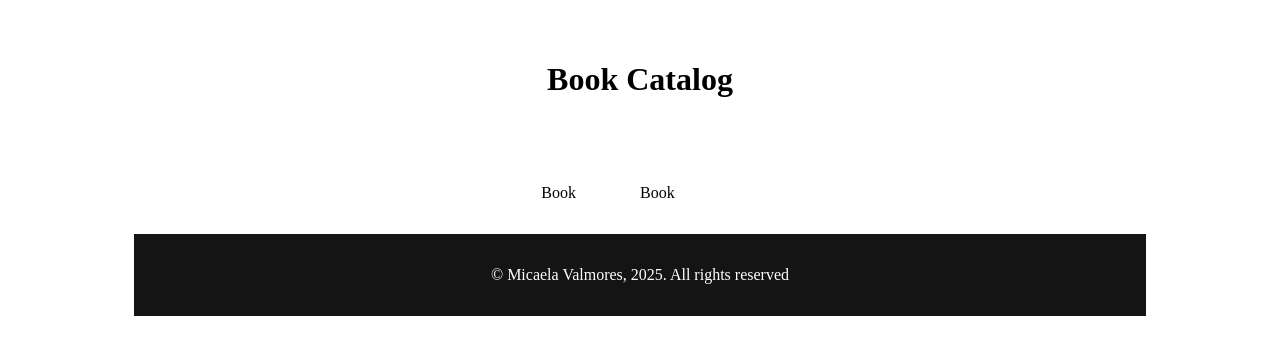
Repository: Micaelavalmores/COMP3170-Data-Fetching
Page: /
An editor plug-in stored every save of this project. The page is shown before and after a run of saves, followed by the edit.
The browser window is 1280 px wide. The pictures show the whole page.
The project was rebuilt for these pictures with package versions that can differ from the ones it lists, and the page was loaded fresh each time. Also part of the build but not shown: vite.config.js.

Above is the page before, as saved 2025-09-22 18:08:45.

### index.html
<!doctype html>
<html lang="en">
  <head>
    <meta charset="UTF-8" />
    <meta name="viewport" content="width=device-width, initial-scale=1.0" />
    <title>Book Catalog</title>
  </head>
  <body>
    <div id="root"></div>
    <script type="module" src="/src/main.jsx"></script>
  </body>
</html>

### src/index.css


.app {
  display: flex;
  flex-direction: column;
  width: 80%;
  margin: 0 auto;
  background: #fff;
  min-height: 100%;
  justify-content: space-between;

  footer {
    padding: 0;
    background: #141414;
    color: #fff;

    p {
        text-align: center;
        padding: 1em 0;
    }
  }

  .content {
    margin: 2em 0;
    display: flex;
    justify-content: center;
  }

  .mainContent {
    display: flex;
    justify-content: center;
  }

  .Book {
    margin: 2em;
  }

  .AddButton {
    margin: 2em;
  }

}

### src/App.jsx
import Footer from "./components/Footer";
import Book from "./components/Book";
import AppHeader from "./components/AppHeader";
import AddButton from "./components/AddButton";


function App () {
  return (
    <div className="app">
      <div className="content">
        <AppHeader />
      </div>
        <div className="mainContent">
          <div className="Book">
            <Book />
          </div>
          <div className="Book">
            <Book />
          </div>
          <div className="AddButton">
            <AddButton />
          </div>
        </div>
        <Footer />
    </div>
  )
}

export default App;

### src/components/Footer.jsx
function Footer() {
    return (
        <footer>
            <p>&copy; Micaela Valmores, 2025. All rights reserved</p>
        </footer>
    );
}

export default Footer;

### src/components/Book.jsx
function Book () {
    return 'Book';
}

export default Book;

### src/components/AppHeader.jsx


function AppHeader () {
    return (
        <h1>Book Catalog</h1>
    );
}

export default AppHeader;

### src/components/AddButton.jsx
function AddButton () {
    return (
        <div className="Container">
            {/* <img */}
        </div>
    );
}

export default AddButton;

Loaded but not shown: src/main.jsx (common file)

After the next 2 saves:
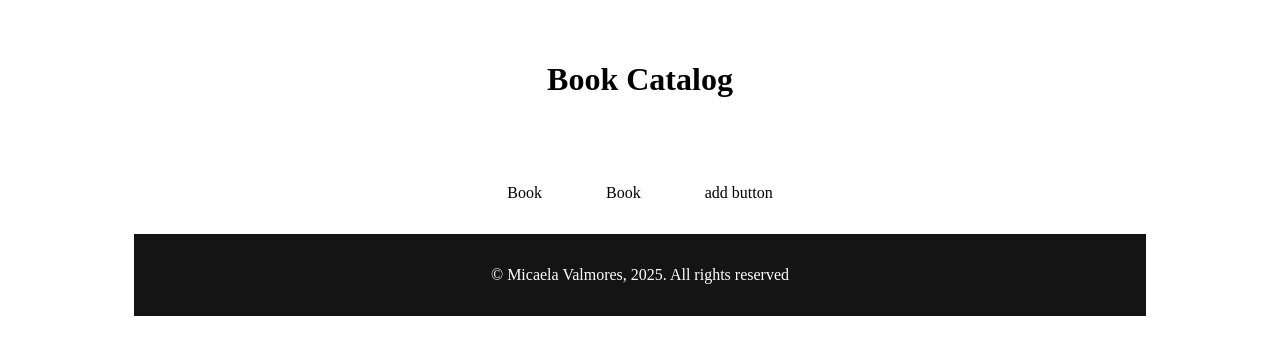
The 2 saves are shown as one change because they came seconds apart.
The last was saved 13 s later.
--- a/src/components/AddButton.jsx
+++ b/src/components/AddButton.jsx
@@ -1,9 +1,5 @@
 function AddButton () {
-    return (
-        <div className="Container">
-            {/* <img */}
-        </div>
-    );
+    return 'add button';
 }
 
 export default AddButton;
